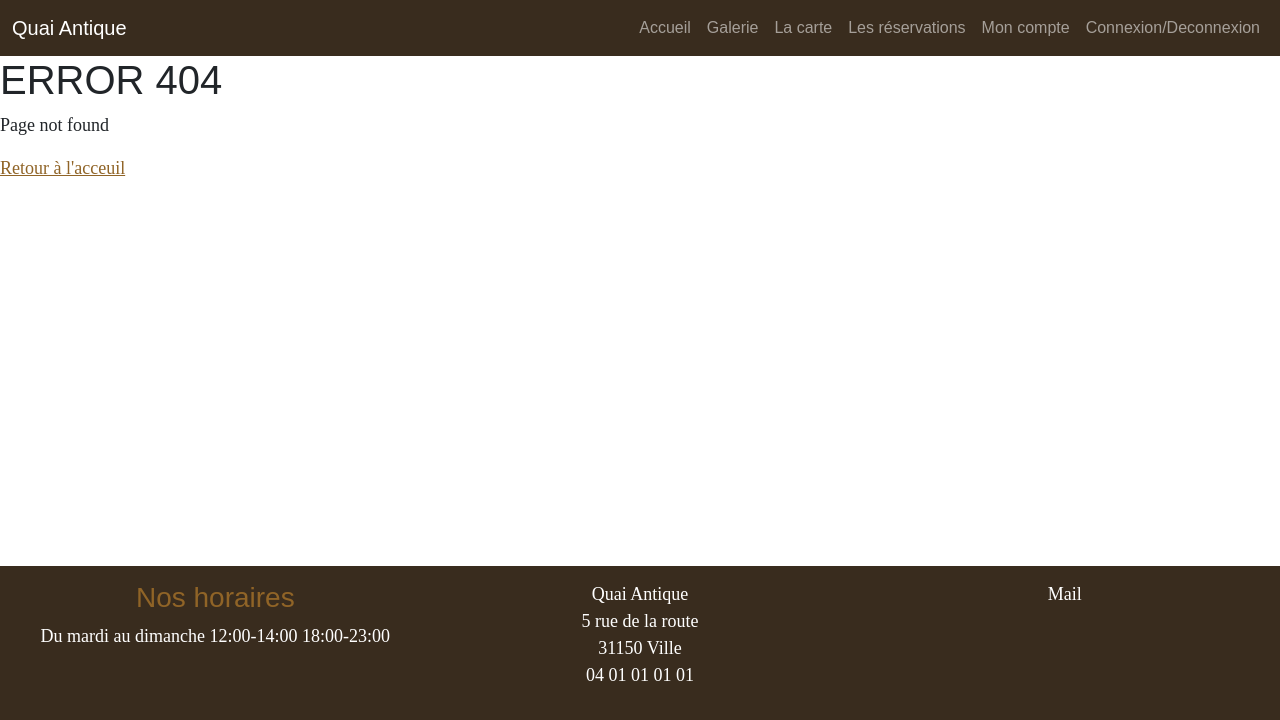
Repository: lemonhao9/QuaiAntiqueRestaurantFront
Page: index.html
An editor plug-in stored every save of this project. The page is shown before and after the next save, followed by the edit.
The browser window is 1280 px wide. The pictures show the whole page.
Some web fonts or font styles are not loaded; a fallback is used. Some web libraries are served in a nearby version. The style sheet was rebuilt from its Sass, Less or Tailwind sources for each picture, by a compiler version that may differ from the author's.

Above is the page before, as saved 2025-01-22 16:46:52.

### index.html
<!DOCTYPE html>
<html lang="en">
<head>
    <meta charset="UTF-8">
    <meta name="viewport" content="width=device-width, initial-scale=1.0">
    <link rel="preconnect" href="https://fonts.googleapis.com">
    <link rel="preconnect" href="https://fonts.gstatic.com" crossorigin>
    <link href="https://fonts.googleapis.com/css2?family=Hind+Madurai:wght@300;400&display=swwap" rel="stylesheet">
    <link rel="stylesheet" href="scss/main.css">
    <title>Document</title>
</head>
<body>
        <header>
            <nav class="navbar navbar-expand-lg bg-dark" data-bs-theme="dark">
                <div class="container-fluid">
                  <a class="navbar-brand" href="/">Quai Antique</a>
                  <button class="navbar-toggler" type="button" data-bs-toggle="collapse" data-bs-target="#navbarSupportedContent" aria-controls="navbarSupportedContent" aria-expanded="false" aria-label="Toggle navigation">
                    <span class="navbar-toggler-icon"></span>
                  </button>
                  <div class="collapse navbar-collapse" id="navbarSupportedContent">
                    <ul class="navbar-nav ms-auto mb-2 mb-lg-0">
                      <li class="nav-item">
                        <a class="nav-link" href="/">Accueil</a>
                      </li>
                      <li class="nav-item">
                        <a class="nav-link" href="../galerie.html">Galerie</a>
                      </li>
                      <li class="nav-item">
                        <a class="nav-link" href="#">La carte</a>
                      </li>
                      <li class="nav-item">
                        <a class="nav-link" href="#">Les réservations</a>
                      </li>
                      <li class="nav-item">
                        <a class="nav-link" href="#">Mon compte</a>
                      </li>
                      <li class="nav-item">
                        <a class="nav-link" href="#">Connexion/Deconnexion</a>
                      </li>
                    </ul>
                  </div>
                </div>
              </nav>
        </header>
        <main id="main-page">

        </main>
<footer class="bg-dark text-white text-center footer">
        <div class="row">
            <div class="col-12 col-lg-4">
                <h3 class="text-primary">Nos horaires</h3>
                <p>Du mardi au dimanche  12:00-14:00  18:00-23:00</p>
            </div>
            <div class="col-6 col-lg-4">
                <p>Quai Antique <br/>
                    5 rue de la route <br/>
                    31150 Ville <br/>
                    04 01 01 01 01 <br/>
                </p>
            </div>
            <div class="col-6 col-lg-4">
                <p>Mail</p>
            </div>
        </div>
    </footer>
    <script type="module" src="Router/Router.js"></script>
    <script src="node_modules/bootstrap/dist/js/bootstrap.bundle.min.js"></script>
</body>
</html>

### Router/Router.js
import Route from "./Route.js";
import { allRoutes, websiteName } from "./allRoutes.js";

// Création d'une route pour la page 404 (page introuvable)
const route404 = new Route("404", "Page introuvable", "/pages/404.html");

// Fonction pour récupérer la route correspondant à une URL donnée
const getRouteByUrl = (url) => {
  let currentRoute = null;
  // Parcours de toutes les routes pour trouver la correspondance
  allRoutes.forEach((element) => {
    if (element.url == url) {
      currentRoute = element;
    }
  });
  // Si aucune correspondance n'est trouvée, on retourne la route 404
  if (currentRoute != null) {
    return currentRoute;
  } else {
    return route404;
  }
};

// Fonction pour charger le contenu de la page
const LoadContentPage = async () => {
  const path = window.location.pathname;
  // Récupération de l'URL actuelle
  const actualRoute = getRouteByUrl(path);
  // Récupération du contenu HTML de la route
  const html = await fetch(actualRoute.pathHtml).then((data) => data.text());
  // Ajout du contenu HTML à l'élément avec l'ID "main-page"
  document.getElementById("main-page").innerHTML = html;

  // Ajout du contenu JavaScript
  if (actualRoute.pathJS != "") {
    // Création d'une balise script
    var scriptTag = document.createElement("script");
    scriptTag.setAttribute("type", "text/javascript");
    scriptTag.setAttribute("src", actualRoute.pathJS);

    // Ajout de la balise script au corps du document
    document.querySelector("body").appendChild(scriptTag);
  }

  // Changement du titre de la page
  document.title = actualRoute.title + " - " + websiteName;
};

// Fonction pour gérer les événements de routage (clic sur les liens)
const routeEvent = (event) => {
  event = event || window.event;
  event.preventDefault();
  // Mise à jour de l'URL dans l'historique du navigateur
  window.history.pushState({}, "", event.target.href);
  // Chargement du contenu de la nouvelle page
  LoadContentPage();
};

// Gestion de l'événement de retour en arrière dans l'historique du navigateur
window.onpopstate = LoadContentPage;
// Assignation de la fonction routeEvent à la propriété route de la fenêtre
window.route = routeEvent;
// Chargement du contenu de la page au chargement initial
LoadContentPage();

### Router/allRoutes.js
import Route from "./Route.js";

//Définir ici vos routes
export const allRoutes = [
    new Route("/", "Accueil", "/pages/home.html"),];
    new Route("/", "Accueil", "/pages/galerie.html");

//Le titre s'affiche comme ceci : Route.titre - websitename
export const websiteName = "Quai Antique";

### pages/404.html
<div>
    <h1>ERROR 404</h1>
    <P>Page not found</P>
    <p><a href="/">Retour à l'acceuil</a></p>
</div>

### scss/main.scss
@import url(/node_modules/bootstrap-icons/font/bootstrap-icons.css);
@import 'custom';

html{
    position:relative;
    min-height: 100%;
}

main{
    margin-bottom: 250px;
}
footer.footer{
    padding: 15px;
    position: absolute;
    bottom: 0;
    width: 100%
}

p{
    font-family: $font-family-serif;
    font-size: 18px;
}

.hero-scene{
    position: relative;
    &::before{
        content: "";
        position: absolute;
        top: 0;
        left: 0;
        width: 100%;
        height: 100%;
        background-image: url(../images/FondHeroScene.jpg);
    background-size: cover;
    filter: brightness(0.3);
    }

    *{
        //positionner les éléments devant le before//
        position: relative;
    }

    .hero-scene-content{
        height: 300px;
        display: flex;
        flex-direction: column;
        justify-content: center;
        align-items: center;
    }
}
.text-justify{
    text-align: justify;
}

### scss/_custom.scss
// Custom.scss
// Option A: Include all of Bootstrap

// Include any default variable overrides here (though functions won't be available)
$primary: #906427;
$secondary: #B6AC97;
$dark:#392C1E;
$black:  #292222;
$font-family-sans-serif: "Montserrat", sans-serif !default;
$font-family-serif:"Hind Madurai", serif !default;

@import "../node_modules/bootstrap/scss/bootstrap";

// Then add additional custom code here

Loaded but not shown: Router/Route.js (common file)

After the next save:
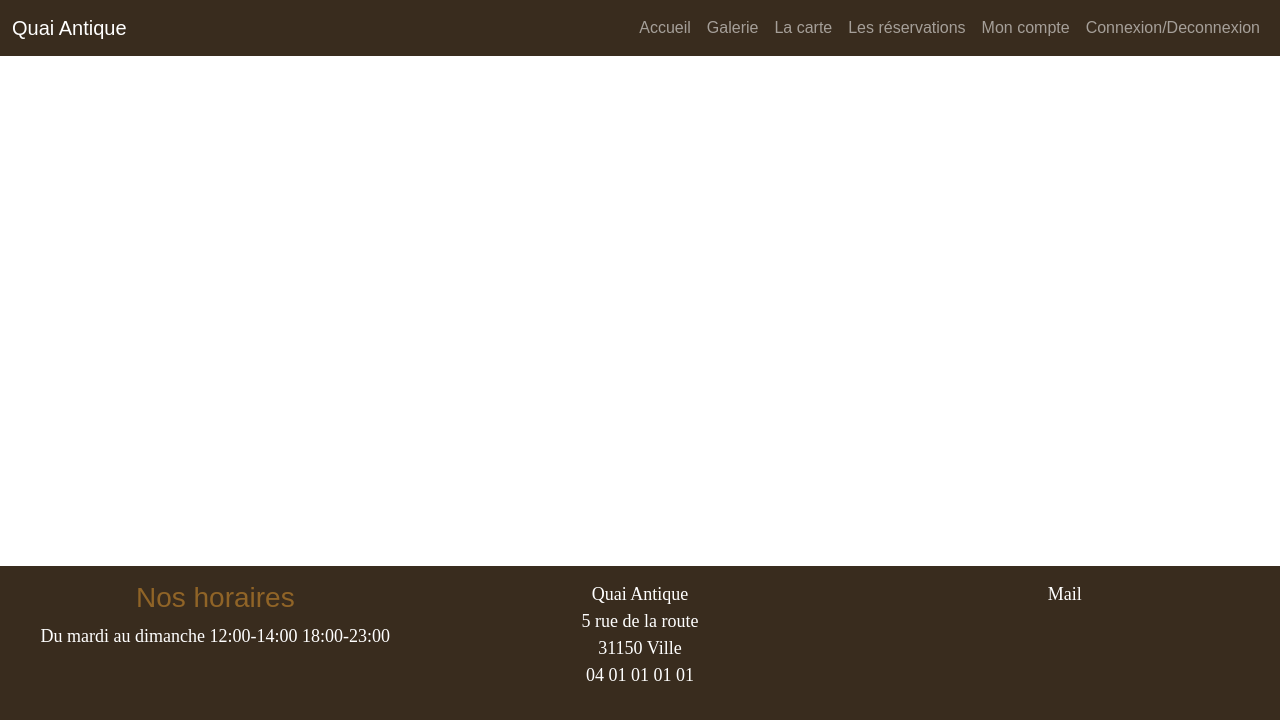
Console error: SyntaxError: Unexpected token ';'
Saved 18 s later.
--- a/Router/allRoutes.js
+++ b/Router/allRoutes.js
@@ -2,8 +2,8 @@
 
 //Définir ici vos routes
 export const allRoutes = [
-    new Route("/", "Accueil", "/pages/home.html"),];
-    new Route("/", "Accueil", "/pages/galerie.html");
+    new Route("/", "Accueil", "/pages/home.html");
+    new Route("/", "Accueil", "/pages/galerie.html"),];
 
 //Le titre s'affiche comme ceci : Route.titre - websitename
 export const websiteName = "Quai Antique";

After the save that followed:
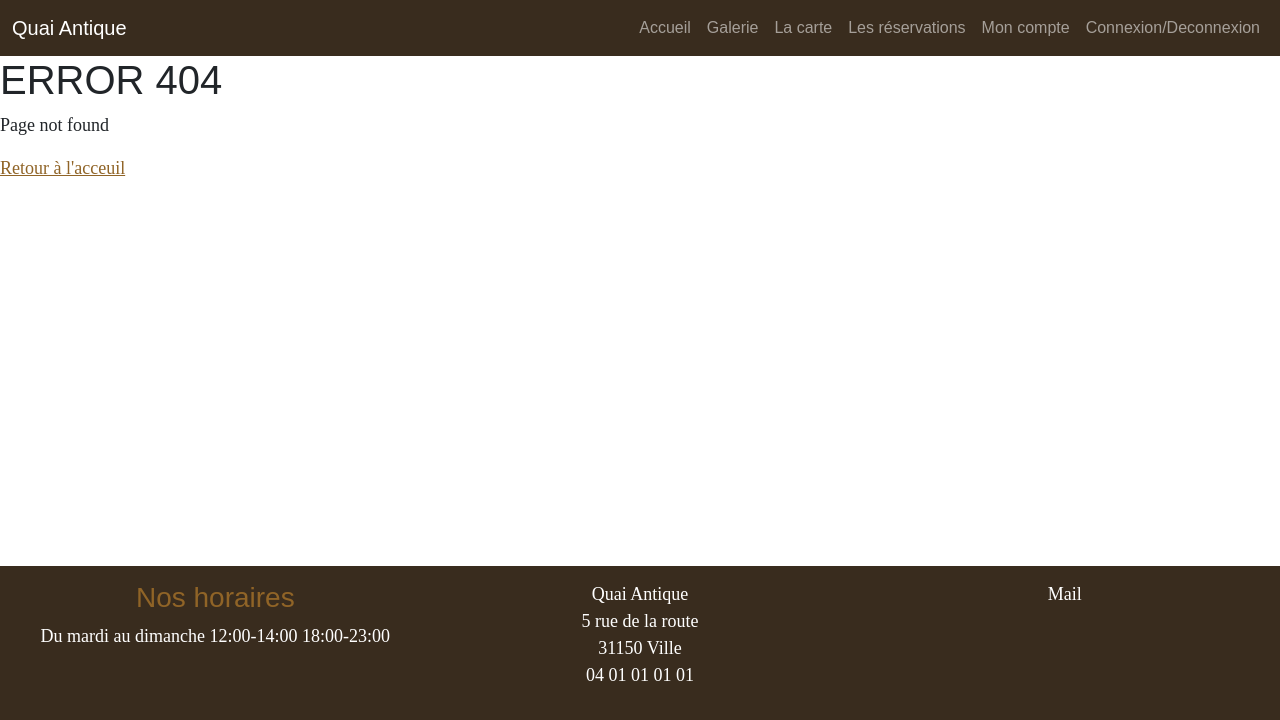
The error is gone.
Saved 2 min 14 s later.
--- a/Router/allRoutes.js
+++ b/Router/allRoutes.js
@@ -2,8 +2,8 @@
 
 //Définir ici vos routes
 export const allRoutes = [
-    new Route("/", "Accueil", "/pages/home.html");
-    new Route("/", "Accueil", "/pages/galerie.html"),];
+    new Route("/", "Accueil", "/pages/home.html"),];
+    new Route("/", "Accueil", "/pages/galerie.html");
 
 //Le titre s'affiche comme ceci : Route.titre - websitename
 export const websiteName = "Quai Antique";
